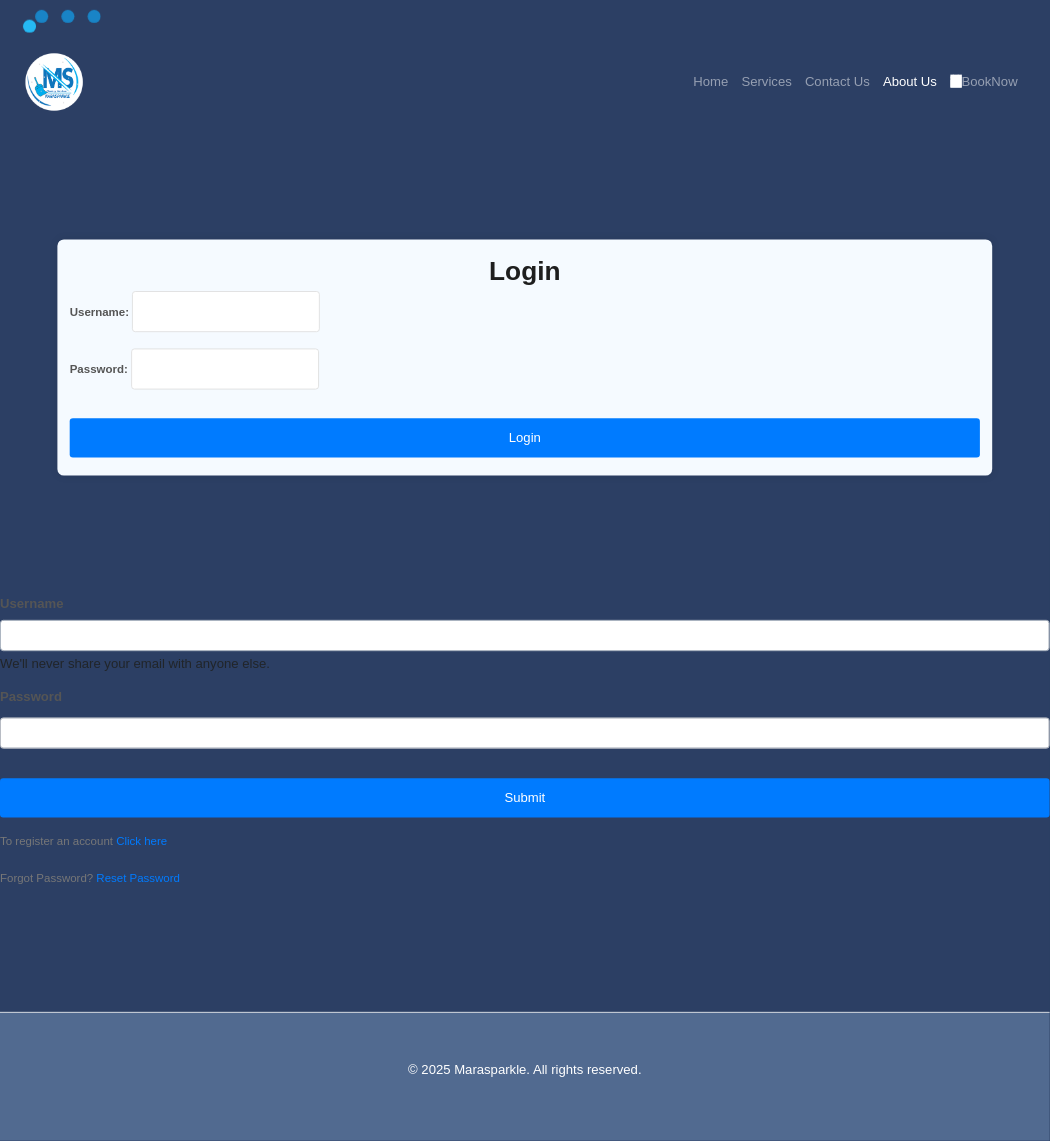
Repository: guineveretim/sparkle
Page: http://localhost/login/
These files come from the project's save history. The page is drawn as it stood at one moment and after the next save; the edit follows.
The browser window is 1280 px wide. The pictures show the whole page, at 82% of full size.
The page is served by the project's application, run on Django 5.2 (manage.py). Other server files are loaded and not shown.

Above is the page before, as saved 2025-03-26 14:56:29.

### templates/authentication/login.html
{% load static %}
<!DOCTYPE html>
<html lang="en">
<head>
    <meta charset="UTF-8">
    <title>Login</title>
    <link rel="stylesheet" href="{% static 'css/authentication/login.css'%}">


     <!-- Font Awesome CDN -->
     <link rel="stylesheet" href="https://cdnjs.cloudflare.com/ajax/libs/font-awesome/6.0.0-beta3/css/all.min.css">

     <!--Google fomts-->
     <link href="https://fonts.googleapis.com/css2?family=Roboto:wght@400&display=swap" rel="stylesheet">

     <!-- Bootstrap core CSS -->
     <link rel="stylesheet" href="https://cdn.jsdelivr.net/npm/bootstrap@4.1.3/dist/css/bootstrap.min.css" integrity="sha384-MCw98/SFnGE8fJT3GXwEOngsV7Zt27NXFoaoApmYm81iuXoPkFOJwJ8ERdknLPMO" crossorigin="anonymous">



     <link rel="stylesheet" href="{% static 'assets/css/templatemo-villa-agency.css' %}">
</head>
<body>

        <!-- ***** Preloader Start ***** -->
        <div id="js-preloader" class="js-preloader">
            <div class="preloader-inner">
                <span class="dot"></span>
                <div class="dots">
                    <span></span>
                    <span></span>
                    <span></span>
                </div>
            </div>
        </div>
        <!-- ***** Preloader End ***** -->



        <!-- ***** Header Area Start ***** -->
            <nav class="navbar navbar-expand-lg navbar-dark sticky-top" style="background-color: #2c3f64;">
                <div class="container-fluid">
                <a class="navbar-brand" href="{% url 'home' %}">
                    <img src="{% static 'icons/Maralog.png' %}" style="width:70px;">
                </a>
                <button class="navbar-toggler" type="button" data-toggle="collapse" data-target="#navbarNav" aria-controls="navbarNav" aria-expanded="false" aria-label="Toggle navigation">
                    <span class="navbar-toggler-icon"></span>
                </button>

                <div class="collapse navbar-collapse" id="navbarNav">
                    <ul  class="navbar-nav ml-auto">
                        <li class="nav-item">
                            <a class="nav-link" href="{% url 'home' %}">Home <span class="sr-only">(current)</span></a>
                        </li>
                        <li class="nav-item">
                            <a class="nav-link" href="{% url 'services_details' %}">Services</a>
                        </li>

                        <li class="nav-item">
                            <a class="nav-link" href="{% url 'contact' %}">Contact Us</a>
                        </li>
                        <li class="nav-item active">
                            <a class="nav-link" href="{% url 'about' %}">About Us</a>
                        </li>
                        <li class="nav-item">
                            <a class="nav-link" href="{% url 'login' %}"><i class="fas fa-calendar" style="background-color: rgb(255, 255, 255);"></i>BookNow</a>
                        </li>
                    </ul>
                </div>
            </div>
            </nav>

        <!-- ***** Header Area End ***** -->

    <div class="content">
    <div class="container">
    <h2>Login</h2>
    <form method="post">
        {% csrf_token %}
        {{ form.as_p }}
        <button type="submit">Login</button>
    </form>


    </div>
 </div>

 <form>
    <div class="mb-3">
      <label for="exampleInputEmail1" class="form-label">Username</label>
      <input type="email" class="form-control" id="exampleInputEmail1" aria-describedby="emailHelp">
      <div id="emailHelp" class="form-text">We'll never share your email with anyone else.</div>
    </div>
    <div class="mb-3">
      <label for="exampleInputPassword1" class="form-label">Password</label>
      <input type="password" class="form-control" id="exampleInputPassword1">
    </div>
    <button type="submit" class="btn btn-primary">Submit</button>
  </form>

  <p class="signup-link">
    To register an account
    <a href="{% url 'register' %}">Click here</a>
</p>

<p class="forgot-password">
    Forgot Password?
    <a href="{% url 'password_reset' %}">Reset Password</a>

</p>


<footer>

    <p>&copy; {{2025}} Marasparkle. All rights reserved.</p>

</footer>

<!-- jQuery first, then Popper.js, then Bootstrap JS -->
<script src="https://code.jquery.com/jquery-3.3.1.slim.min.js" integrity="sha384-q8i/X+965DzO0rT7abK41JStQIAqVgRVzpbzo5smXKp4YfRvH+8abtTE1Pi6jizo" crossorigin="anonymous"></script>
<script src="https://cdn.jsdelivr.net/npm/popper.js@1.14.3/dist/umd/popper.min.js" integrity="sha384-ZMP7rVo3mIykV+2+9J3UJ46jBk0WLaUAdn689aCwoqbBJiSnjAK/l8WvCWPIPm49" crossorigin="anonymous"></script>
<script src="https://cdn.jsdelivr.net/npm/bootstrap@4.1.3/dist/js/bootstrap.min.js" integrity="sha384-ChfqqxuZUCnJSK3+MXmPNIyE6ZbWh2IMqE241rYiqJxyMiZ6OW/JmZQ5stwEULTy" crossorigin="anonymous"></script>
</body>
</html>

### marasparkle/forms.py
from django import forms
from django.contrib.auth.forms import UserCreationForm, AuthenticationForm, PasswordResetForm, SetPasswordForm
from django.contrib.auth.models import User
from .models import Booking

class RegisterForm(forms.ModelForm):

    username = forms.CharField(
        widget=forms.TextInput(attrs={'placeholder': 'Enter Your Username'}),
        label='Username',
        help_text=None,
    )

    email = forms.EmailField(
        widget=forms.EmailInput(attrs={'placeholder': 'Enter Your Email: Example@gmail.com'}),
        label='Email',
        help_text=None,
    )

    password = forms.CharField(
        widget=forms.PasswordInput(attrs={'placeholder': 'enter password'}),
        label='Enter Password',
        help_text=None,
    )

    confirm_password = forms.CharField(
        widget=forms.PasswordInput(attrs={'placeholder': 'Confirm password'}),
        label='Confirm Password',
        help_text=None,
    )

    class Meta:
        model = User
        fields = ['username', 'email', 'password', 'confirm_password']





class LoginForm(AuthenticationForm):
    username = forms.CharField(required=True)
    password = forms.CharField(widget=forms.PasswordInput, required=True)


class ResetPasswordForm(PasswordResetForm):
    class Meta:
        model = User
        fields = ['email']

    def __init__(self, *args, **kwargs):
        super(ResetPasswordForm, self).__init__(*args, **kwargs)
        self.fields['email'].widget.attrs.update({
            'class': 'form-control',
            'placeholder': 'Email',
            'required': 'True'
        })


class ResetPasswordConfirmForm(SetPasswordForm):
    class Meta:
        model = User
        fields = ['new_password1', 'new_password2']

    def __init__(self, *args, **kwargs):
        super(ResetPasswordConfirmForm, self).__init__(*args, **kwargs)
        self.fields['new_password1'].widget.attrs.update({
            'class': 'form-control',
            'placeholder': 'New Password',
            'required': 'True'
        })
        self.fields['new_password2'].widget.attrs.update({
            'class': 'form-control',
            'placeholder': 'Retype New Password',
            'required': 'True'
        })
        self.fields['new_password1'].help_text = ''
        self.fields['new_password2'].help_text = ''


class BookingForm(forms.ModelForm):
    class Meta:
        model = Booking
        fields = ['date_time', 'contact_infor', 'service_selection', 'location_infor', 'additional_details']
        widgets = {
            'date_time': forms.DateTimeInput(attrs={'type': 'datetime-local'}),
            'contact_infor': forms.TextInput(attrs={'placeholder': 'Contact Information'}),
            'location_infor': forms.TextInput(attrs={'placeholder': 'Location'}),
            'additional_details': forms.Textarea(attrs={'placeholder': 'Additional Details', 'rows': 3}),
        }

### marasparkle/views.py

from django.shortcuts import redirect, render
from django.contrib.auth import authenticate, login
from .forms import RegisterForm, LoginForm
from django.contrib.auth.decorators import login_required
from django.contrib import messages
from .forms import BookingForm



def home(request):
  return render(request, 'home.html')

def Service(request):
    return render(request, 'application/services.html')


def contact(request):
    return render(request, 'application/contact.html')

def about_view(request):
    return render(request, 'application/about.html')


def register(request):
   if request.method == 'POST':
       form = RegisterForm(request.POST)
       if form.is_valid():
           user = form.save()
           login(request, user)
           return redirect('login')
   else:
       form = RegisterForm()
   return render(request, 'authentication/register.html', {'form': form})

def login_view(request):
    if request.method == 'POST':
        form = LoginForm(data=request.POST)
        if form.is_valid():
            username = form.cleaned_data.get('username')
            password = form.cleaned_data.get('password')
            user = authenticate(request, username=username, password=password)
            if user is not None:
                login(request, user)
                return redirect('bookings')
            else:

                messages.error(request, 'Invalid username or password.')
    else:
        form = LoginForm()
    return render(request, 'authentication/login.html', {'form': form})


@login_required
def create_booking(request):
    if request.method == 'POST':
        form = BookingForm(request.POST)
        if form.is_valid():
            booking = form.save(commit=False)
            booking.user = request.user
            booking.save()
            return redirect('booking_success')
    else:
        form = BookingForm()

    return render(request,'accounts/booking.html', {'form':form})

### marasparkleweb/urls.py
"""
URL configuration for marasparkleweb project.

The `urlpatterns` list routes URLs to views. For more information please see:
    https://docs.djangoproject.com/en/5.1/topics/http/urls/
Examples:
Function views
    1. Add an import:  from my_app import views
    2. Add a URL to urlpatterns:  path('', views.home, name='home')
Class-based views
    1. Add an import:  from other_app.views import Home
    2. Add a URL to urlpatterns:  path('', Home.as_view(), name='home')
Including another URLconf
    1. Import the include() function: from django.urls import include, path
    2. Add a URL to urlpatterns:  path('blog/', include('blog.urls'))
"""
from django.contrib import admin
from django.urls import include, path

urlpatterns = [
    path('admin/', admin.site.urls),
    path('', include('marasparkle.urls')),
]

### marasparkle/urls.py
from django.urls import path

from marasparkle.forms import ResetPasswordConfirmForm, ResetPasswordForm
from . import views
from django.contrib.auth import views as auth_views


urlpatterns = [
    path('', views.home, name='home'),
    path('about/',views.about_view, name='about'),
    path('services/',views.Service,name='services_details'),
    path('login/', views.login_view, name= 'login'),
    path('register/', views.register, name='register'),
    path('contact/', views.contact, name='contact'),

    path('password_reset/', auth_views.PasswordResetView.as_view(
        template_name='authentication/password_reset.html',
        form_class=ResetPasswordForm
    ), name='password_reset'),


    path('password_reset_done/', auth_views.PasswordResetDoneView.as_view(
        template_name='authentication/password_reset_done.html'
    ), name='password_reset_done'),


    path('password_reset_confirm/<uidb64>/<token>/', auth_views.PasswordResetConfirmView.as_view(
        template_name='authentication/password_reset_confirm.html',
        form_class=ResetPasswordConfirmForm
    ), name='password_reset_confirm'),

    path('password_reset_complete/', auth_views.PasswordResetCompleteView.as_view(
        template_name='authentication/password_reset_complete.html'
    ), name='password_reset_complete'),

    path('booking/',views.create_booking, name= 'bookings'),



]

### static/css/authentication/login.css
body {
  font-family: 'Arial', sans-serif;


}

.content{
  display: flex;
  justify-content: center;
  align-items: center;
  height: 80vh;
}
.container {
  background-color: #f5faff;
  padding: 20px;
  border-radius: 8px;
  box-shadow: 0 0 10px rgba(0, 0, 0, 0.1);
  width: 400px;
  max-width: 90%; /* Responsive width */
  text-align: center;
  height: 40vh;

}

h2 {
  color: #007bff;
  margin-bottom: 20px;
}

form {
  display: flex;
  flex-direction: column;
  align-items: stretch;
}

form p {
  margin-bottom: 15px;
  text-align: left;
}

label {
  font-weight: bold;
  margin-bottom: 5px;
  color: #555;
}

input[type="text"],
input[type="password"] {
  padding: 10px;
  border: 1px solid #ddd;
  border-radius: 4px;
  margin-top: 5px;
  font-size: 16px;
}

button[type="submit"] {
  background-color: #007bff;
  color: white;
  padding: 12px 20px;
  border: none;
  border-radius: 4px;
  cursor: pointer;
  font-size: 16px;
  transition: background-color 0.3s ease;
  margin-top: 20px;
}

button[type="submit"]:hover {
  background-color: #0056b3;
}

.signup-link,
.forgot-password {
  margin-top: 15px;
  font-size: 14px;
  color: #777;
}

.signup-link a,
.forgot-password a {
  color: #007bff;
  text-decoration: none;
}

.signup-link a:hover,
.forgot-password a:hover {
  text-decoration: underline;
}


footer {
  display: flex;
  justify-content: center;
  text-align: center;
  margin-top: 60px;
  padding: 20px;
  background-color: #f9f9f9;
  border-top: 1px solid #eee;
  color: #777;
  width: 100%;
}


@media (max-width: 600px) {
  .container {
      padding: 15px;
  }

  h2 {
      font-size: 24px;
  }

  input[type="text"],
  input[type="password"] {
      font-size: 14px;
  }

  button[type="submit"] {
      font-size: 14px;
  }

  .signup-link,
  .forgot-password {
      font-size: 12px;
  }
}

Loaded but not shown: static/assets/css/templatemo-villa-agency.css (990 lines, source omitted)

After the next save:
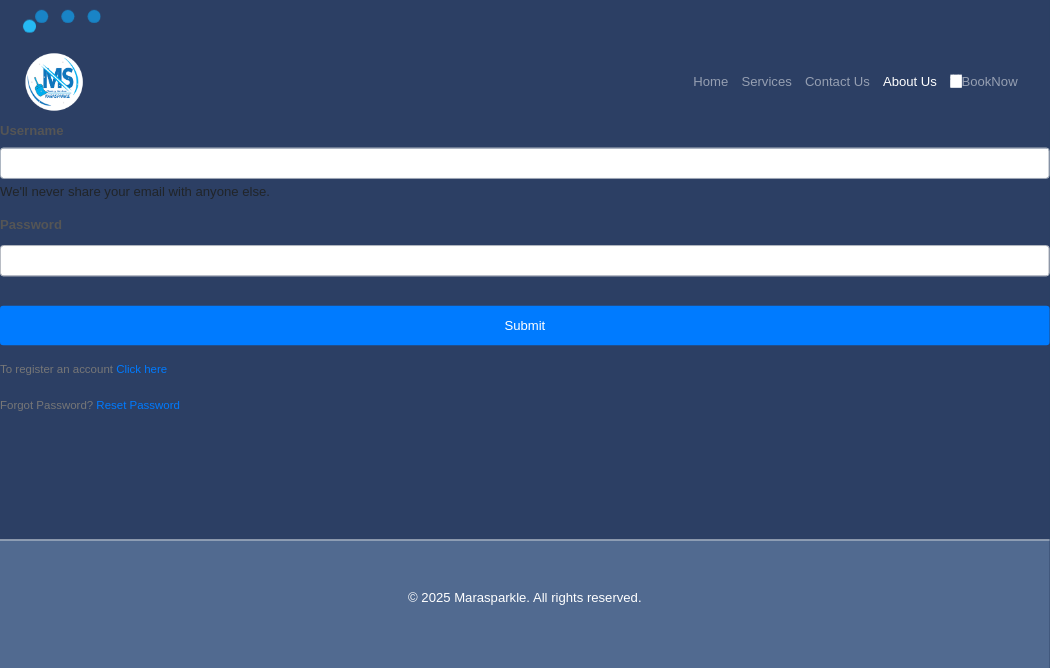
Saved 32 s later.
--- a/templates/authentication/login.html
+++ b/templates/authentication/login.html
@@ -71,20 +71,6 @@
             </nav>
 
         <!-- ***** Header Area End ***** -->
-
-    <div class="content">
-    <div class="container">
-    <h2>Login</h2>
-    <form method="post">
-        {% csrf_token %}
-        {{ form.as_p }}
-        <button type="submit">Login</button>
-    </form>
-
-
-    </div>
- </div>
-
  <form>
     <div class="mb-3">
       <label for="exampleInputEmail1" class="form-label">Username</label>
